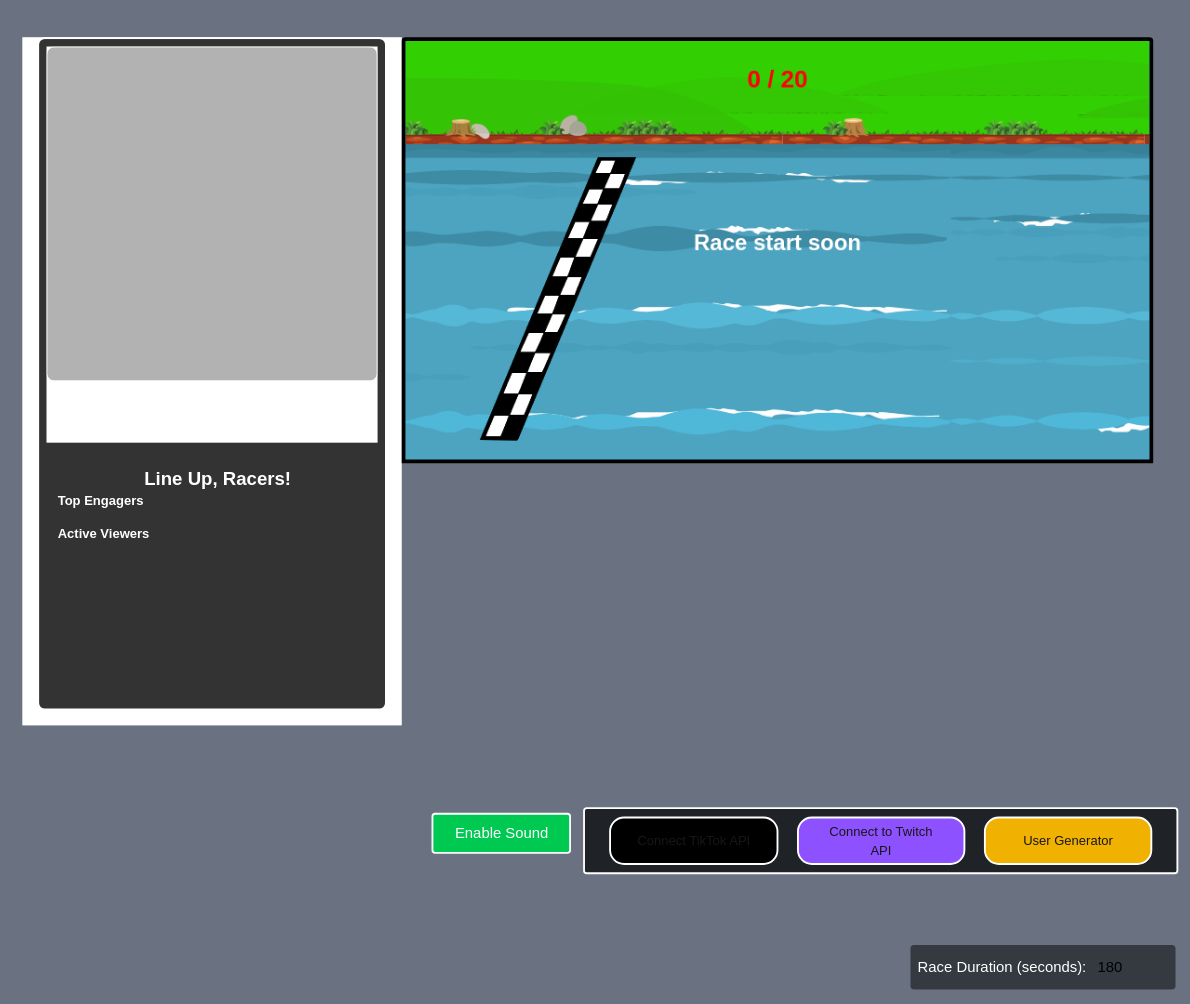
Repository: stevenreas09-coder/duckrace
Page: /
The author's editor kept a copy of each file at every save. The page is drawn from the files as they stood at one save, then again after the next save.
The browser window is 1280 px wide. The pictures show the whole page, at 93% of full size.
The project was rebuilt for these pictures with package versions that can differ from the ones it lists, and the page was loaded fresh each time. The framework's server and built-in components were replaced by stand-ins that run in the browser. Also part of the build but not shown: next.config.ts.

Above is the page before, as saved 2025-12-17 20:56:49.

### app/globals.css
@import "tailwindcss";

:root {
  --background: #ffffff;
  --foreground: #171717;
}

@theme inline {
  --color-background: var(--background);
  --color-foreground: var(--foreground);
  --font-sans: var(--font-geist-sans);
  --font-mono: var(--font-geist-mono);
}

@media (prefers-color-scheme: dark) {
  :root {
    --background: #0a0a0a;
    --foreground: #ededed;
  }
}

body {
  background: var(--background);
  color: var(--foreground);
  font-family: Arial, Helvetica, sans-serif;
}
.animated-user {
  font-weight: bold;
  padding-left: 1rem;
  font-size: 1.25rem; /* text-xl */
  opacity: 0;
  transform: translateX(-20px);
  animation: slideInFade 0.5s forwards;
  animation-timing-function: ease-out;
}

.user-text {
  font-size: 0.875rem; /* text-sm */
  color: white;
  font-family: sans-serif;
}

/* keyframes */
@keyframes slideInFade {
  0% {
    opacity: 0;
    transform: translateX(-20px);
  }
  100% {
    opacity: 1;
    transform: translateX(0);
  }
}

/* optional floating effect */
.animated-user.float {
  animation: float 2s ease-in-out infinite;
}

@keyframes float {
  0%,
  100% {
    transform: translateY(0);
  }
  50% {
    transform: translateY(-3px);
  }
}

/* Leaderboard container */
.leaderboard {
  min-height: 50vh;
  display: grid;
  grid-auto-rows: min-content;
  gap: 0.5rem;
  padding: 0.5rem;

  /* Full border */
  border: 1px solid white;

  background: rgba(0, 0, 0, 0.3);
  border-radius: 0.5rem;

  /* optional: make inner content not overflow */
  overflow: hidden;
}

/* Each item */
.leaderboard-item {
  min-height: 50vh;
  height: 100%;
  display: flex;
  align-items: center;
  gap: 0.5rem;
  padding: 0.5rem 1rem;
  background: rgba(0, 0, 0, 0.5);
  border-radius: 0.375rem;
  box-shadow: 0 2px 6px rgba(0, 0, 0, 0.5);
  transform: translateX(-20px);
  opacity: 0;
  animation: slideInFade 0.5s forwards ease-out;
}

/* Username */
.username {
  font-weight: bold;
  font-size: 1.25rem;
  text-shadow: 0 0 6px rgba(255, 255, 255, 0.7); /* glow effect */
}

/* Status */
.status {
  font-size: 0.875rem;
  color: white;
  font-family: sans-serif;
}

/* Slide in + fade animation */
@keyframes slideInFade {
  0% {
    opacity: 0;
    transform: translateX(-20px);
  }
  100% {
    opacity: 1;
    transform: translateX(0);
  }
}

/* Optional floating effect */
.leaderboard-item.float .username {
  animation: float 2s ease-in-out infinite;
}

@keyframes float {
  0%,
  100% {
    transform: translateY(0);
  }
  50% {
    transform: translateY(-3px);
  }
}

### app/componets/finishlane.ts
export function FinishLane(
  ctx: CanvasRenderingContext2D,
  offsetX = 0,
  offsetY = 0,
  scale = 1
) {
  ctx.save();
  ctx.translate(offsetX, offsetY);
  ctx.scale(scale, scale);

  // Base white shapes
  ctx.fillStyle = "white";
  const whiteShapes = [
    [
      [11.25, 1],
      [1, 1],
      [1, 18],
      [11.7952, 18],
      [11.25, 1],
    ],
    [
      [12.3244, 34.5],
      [1, 34.5],
      [1, 51.5],
      [12.8697, 51.5],
      [12.3244, 34.5],
    ],
    [
      [13.4149, 68.5],
      [1, 68.5],
      [1, 89],
      [14.0724, 89],
      [13.4149, 68.5],
    ],
    [
      [14.794, 111.5],
      [1, 111.5],
      [1, 134],
      [15.5156, 134],
      [14.794, 111.5],
    ],
    [
      [16.3014, 158.5],
      [1, 158.5],
      [1, 183],
      [17.0872, 183],
      [16.3014, 158.5],
    ],
    [
      [17.9371, 209.5],
      [1, 209.5],
      [1, 234.5],
      [18.7389, 234.5],
      [17.9371, 209.5],
    ],
    [
      [19.5728, 260.5],
      [1, 260.5],
      [1, 282.75],
      [20.2864, 282.75],
      [19.5728, 260.5],
    ],
    [
      [14.0724, 89],
      [14.794, 111.5],
      [28.588, 111.5],
      [27.1447, 89],
      [14.0724, 89],
    ],
    [
      [15.5156, 134],
      [16.3014, 158.5],
      [31.6028, 158.5],
      [30.0312, 134],
      [15.5156, 134],
    ],
    [
      [17.0872, 183],
      [17.9371, 209.5],
      [34.8742, 209.5],
      [33.1743, 183],
      [17.0872, 183],
    ],
    [
      [18.7389, 234.5],
      [19.5728, 260.5],
      [38.1456, 260.5],
      [36.4778, 234.5],
      [18.7389, 234.5],
    ],
    [
      [21, 305],
      [41, 305],
      [39.5728, 282.75],
      [20.2864, 282.75],
      [21, 305],
    ],
    [
      [12.8697, 51.5],
      [13.4149, 68.5],
      [25.8298, 68.5],
      [24.7393, 51.5],
      [12.8697, 51.5],
    ],
    [
      [11.7952, 18],
      [12.3244, 34.5],
      [23.6488, 34.5],
      [22.5905, 18],
      [11.7952, 18],
    ],
  ];

  whiteShapes.forEach((shape) => {
    ctx.beginPath();
    ctx.moveTo(shape[0][0], shape[0][1]);
    for (let i = 1; i < shape.length; i++) ctx.lineTo(shape[i][0], shape[i][1]);
    ctx.closePath();
    ctx.fill();
  });

  // Black shapes
  ctx.fillStyle = "black";
  const blackShapes = [
    [
      [1, 305],
      [21, 305],
      [20.2864, 282.75],
      [1, 282.75],
      [1, 305],
    ],
    [
      [19.5728, 260.5],
      [20.2864, 282.75],
      [39.5728, 282.75],
      [38.1456, 260.5],
      [19.5728, 260.5],
    ],
    [
      [18.7389, 234.5],
      [1, 234.5],
      [1, 260.5],
      [19.5728, 260.5],
      [18.7389, 234.5],
    ],
    [
      [17.9371, 209.5],
      [18.7389, 234.5],
      [36.4778, 234.5],
      [34.8742, 209.5],
      [17.9371, 209.5],
    ],
    [
      [17.0872, 183],
      [1, 183],
      [1, 209.5],
      [17.9371, 209.5],
      [17.0872, 183],
    ],
    [
      [16.3014, 158.5],
      [17.0872, 183],
      [33.1743, 183],
      [31.6028, 158.5],
      [16.3014, 158.5],
    ],
    [
      [15.5156, 134],
      [1, 134],
      [1, 158.5],
      [16.3014, 158.5],
      [15.5156, 134],
    ],
    [
      [14.794, 111.5],
      [15.5156, 134],
      [30.0312, 134],
      [28.588, 111.5],
      [14.794, 111.5],
    ],
    [
      [14.0724, 89],
      [1, 89],
      [1, 111.5],
      [14.794, 111.5],
      [14.0724, 89],
    ],
    [
      [13.4149, 68.5],
      [14.0724, 89],
      [27.1447, 89],
      [25.8298, 68.5],
      [13.4149, 68.5],
    ],
    [
      [12.8697, 51.5],
      [1, 51.5],
      [1, 68.5],
      [13.4149, 68.5],
      [12.8697, 51.5],
    ],
    [
      [12.3244, 34.5],
      [12.8697, 51.5],
      [24.7393, 51.5],
      [23.6488, 34.5],
      [12.3244, 34.5],
    ],
    [
      [21.5, 1],
      [11.25, 1],
      [11.7952, 18],
      [22.5905, 18],
      [21.5, 1],
    ],
    [
      [11.7952, 18],
      [1, 18],
      [1, 34.5],
      [12.3244, 34.5],
      [11.7952, 18],
    ],
  ];

  blackShapes.forEach((shape) => {
    ctx.beginPath();
    ctx.moveTo(shape[0][0], shape[0][1]);
    for (let i = 1; i < shape.length; i++) ctx.lineTo(shape[i][0], shape[i][1]);
    ctx.closePath();
    ctx.fill();
  });

  ctx.restore();
}

### app/componets/DrawUserName.ts
export function DrawUsername(
  ctx: CanvasRenderingContext2D,
  username: string,
  x: number,
  y: number
) {
  ctx.save(); // Save default canvas state (no shadow)

  // --- Text styles ---
  ctx.font = "bold 12px Verdana";
  ctx.textAlign = "center";

  // --- Shadow effect (only for username) ---
  ctx.shadowColor = "rgba(0,0,0,0.8)";
  ctx.shadowBlur = 4;
  ctx.shadowOffsetX = 2;
  ctx.shadowOffsetY = 2;

  // --- Outline ---
  ctx.lineWidth = 3;
  ctx.strokeStyle = "black";

  // --- Fill ---
  ctx.fillStyle = "white";

  // Draw shadow outline then fill
  ctx.strokeText(username, x, y);
  ctx.fillText(username, x, y);

  ctx.restore(); // Remove shadow + reset canvas styles
}

### app/componets/ducks/premium/index.ts
export { duckPremiumZero } from "./duckspremium0";
export { duckPremiumOne } from "./duckspremium1";
export { duckPremiumTwo } from "./duckspremium2";
export { duckPremiumThree } from "./duckspremium3";
export { duckPremiumFour } from "./duckspremium4";
export { duckPremiumFive } from "./duckspremium5";
export { duckPremiumSix } from "./duckspremium6";
export { duckPremiumSeven } from "./duckspremium7";
export { duckPremiumEight } from "./duckspremium8";

Loaded but not shown: app/layout.tsx (common file); public/mockUsers.json (156 lines, source omitted); app/page.tsx (1231 lines, source omitted); app/componets/ducks/premium/duckspremium0.ts (701 lines, source omitted); app/componets/ducks/premium/duckspremium7.ts (671 lines, source omitted); app/componets/ducks/premium/duckspremium6.ts (603 lines, source omitted); app/componets/ducks/premium/duckspremium8.ts (542 lines, source omitted); app/componets/ducks/premium/duckspremium1.ts (511 lines, source omitted); app/componets/ducks/premium/duckspremium2.ts (483 lines, source omitted); app/componets/ducks/premium/duckspremium4.ts (448 lines, source omitted); app/componets/lane.ts (522 lines, source omitted); app/componets/ducks/premium/duckspremium3.ts (417 lines, source omitted); app/componets/ducks/premium/duckspremium5.ts (378 lines, source omitted); app/componets/ducks/duks.ts (327 lines, source omitted)

After the next save:
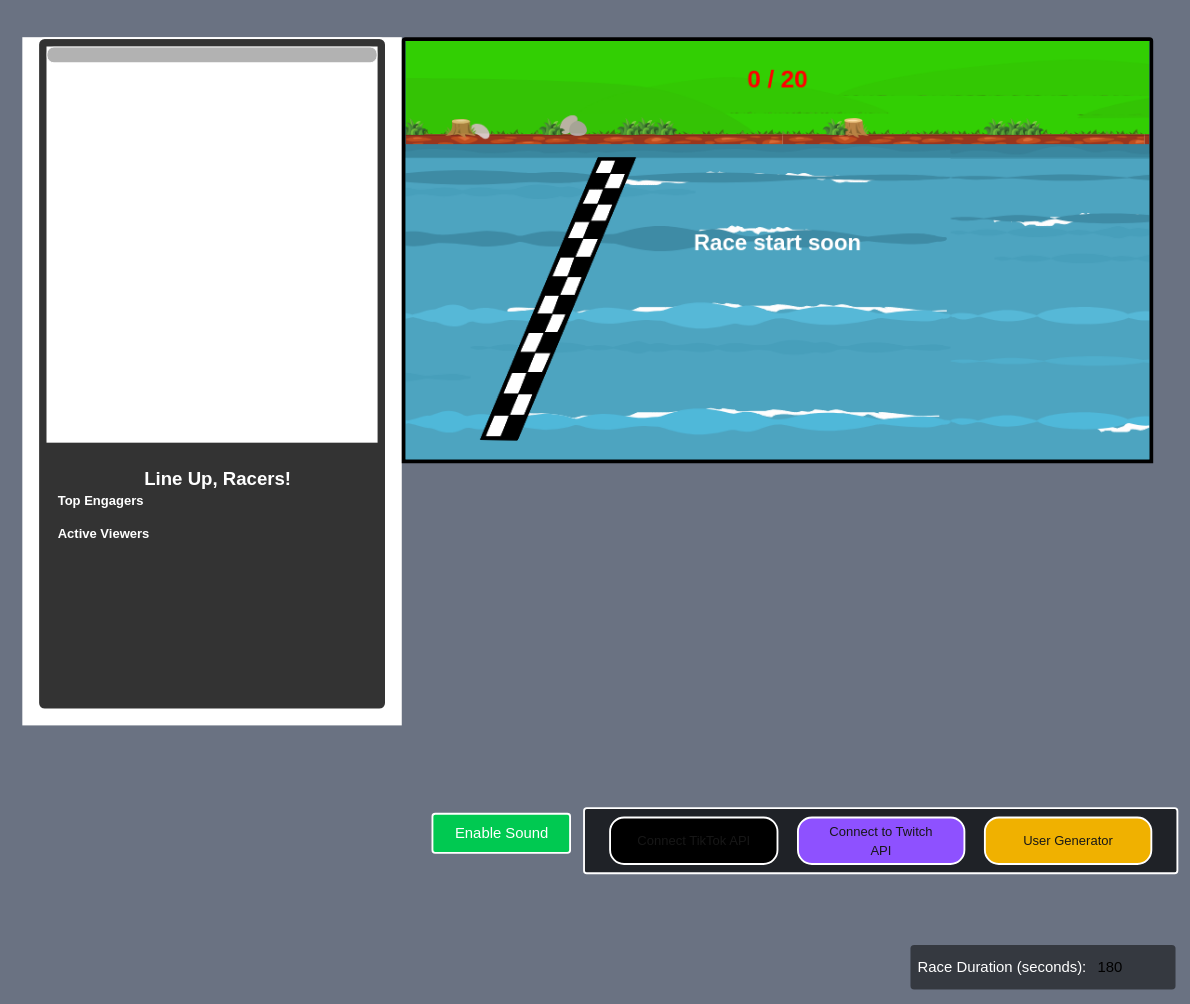
Saved 6 s later.
--- a/app/globals.css
+++ b/app/globals.css
@@ -69,7 +69,6 @@ body {
 
 /* Leaderboard container */
 .leaderboard {
-  min-height: 50vh;
   display: grid;
   grid-auto-rows: min-content;
   gap: 0.5rem;
